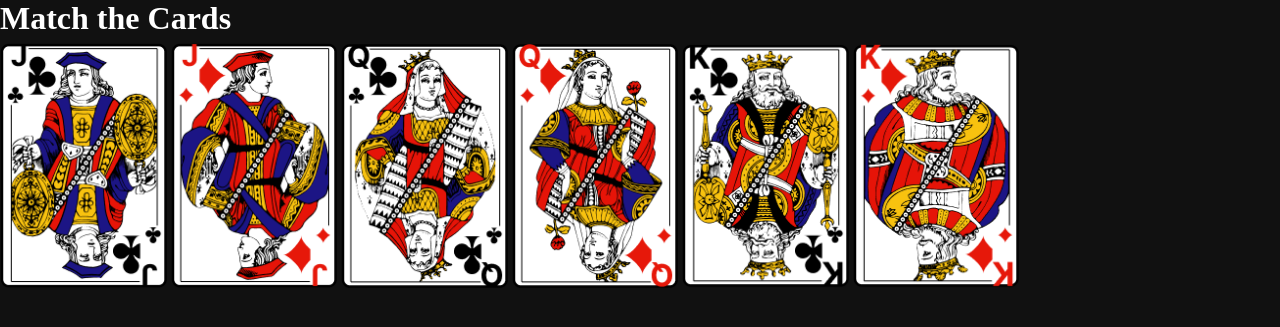
Repository: ThisIsSahaj/Js-Games
Page: MemoryCards/index.html
The author's editor kept a copy of each file at every save. The page is drawn from the files as they stood at one save, then again after the next save.
The browser window is 1280 px wide. The pictures show the whole page.

Above is the page before, as saved 2024-05-15 19:14:42.

### MemoryCards/index.html
<!DOCTYPE html>
<html lang="en">
<head>
    <meta charset="UTF-8">
    <meta http-equiv="X-UA-Compatible" content="IE=edge">
    <meta name="viewport" content="width=device-width, initial-scale=1.0">
    <title>Memory Card Game</title>
    <link rel="stylesheet" href="style.css">
</head>
<body>
    <h1>Match the Cards</h1>
    <div class="container">
        <!-- <div class="card"> -->
            <!-- <img src="images/jack_club.png" alt=""> -->
        <!-- </div> -->
    </div>
    <script src="script.js"></script>
</body>
</html>

### MemoryCards/style.css
*{
    margin: 0;
    padding: 0;
    box-sizing: border-box;
}

body{
    background-color: #111;
    color: white;
    font-family: Poppins;
}

img{
    width: 166.51px;
    height: 257.2px;
}
.card{
    border: 2px solid red;
}

### MemoryCards/script.js
data =[
    {
      image : 'images/jack_club.png',
      name : 'jack_club'
    },
    {
      image : 'images/jack_diamond.png',
      name : 'jack_diamond'
    },
    {
      image : 'images/queen_club.png',
      name : 'queen_club'
    },
    {
      image : 'images/queen_diamond.png',
      name : 'queen_diamond'
    },
    {
      image : 'images/king_club.png',
      name : 'king_club'
    },
    {
      image : 'images/king_diamond.png',
      name : 'king_diamond'
    },
];



container = document.querySelector('.container');

const generateCards = (element) =>
{
  const card = document.createElement('div')
  card.classList.add('card');

  cardHtml = `
  <img src="${element.image}" alt="">
  `

  container.insertAdjacentHTML('beforeend', cardHtml);

}



data.forEach(element => {
  generateCards(element);
});

After the next save:
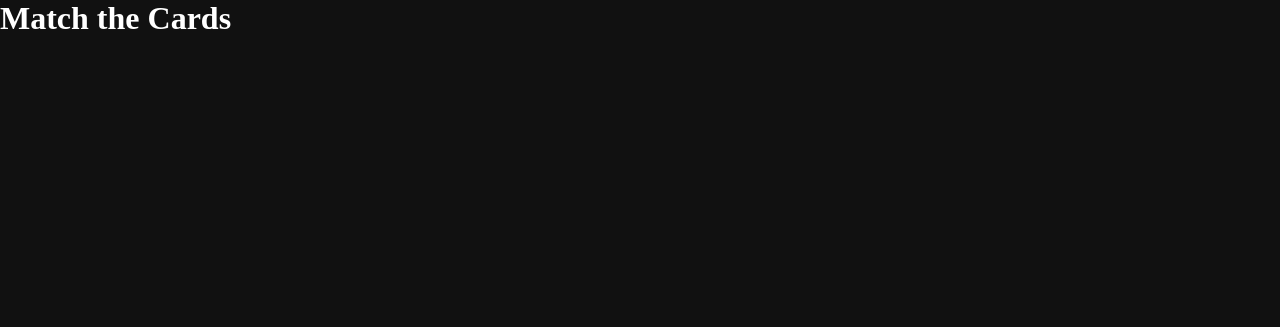
Saved 47 s later.
--- a/MemoryCards/script.js
+++ b/MemoryCards/script.js
@@ -38,7 +38,9 @@
   <img src="${element.image}" alt="">
   `
 
-  container.insertAdjacentHTML('beforeend', cardHtml);
+  card.insertAdjacentHTML('afterbegin', cardHtml);
+
+
 
 }
 
